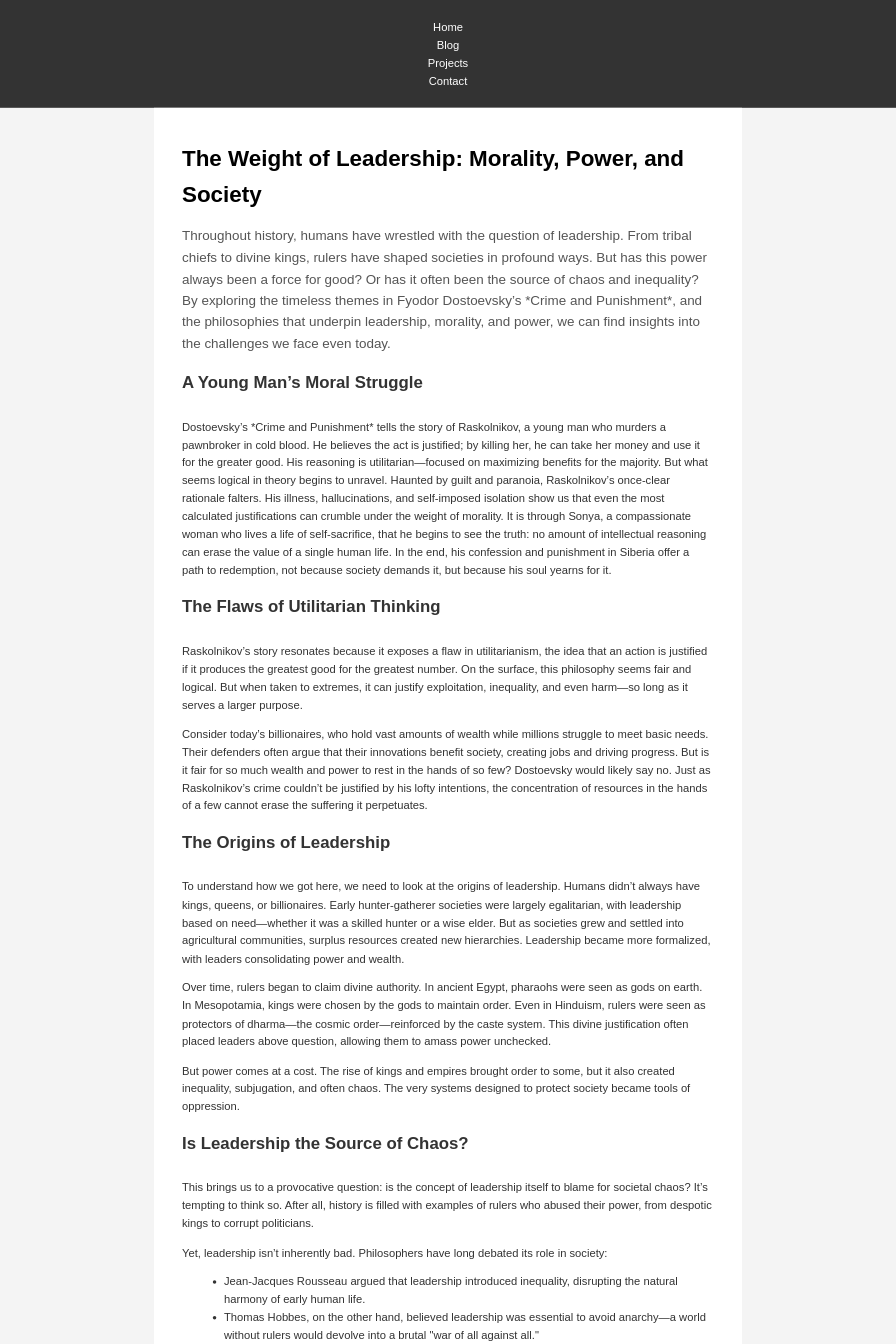
Repository: APersonalVoyage/APersonalVoyage.github.io
Page: blog_post_1.html
An editor plug-in stored every save of this project. The page is shown before and after the next save, followed by the edit.
The browser window is 1280 px wide. The pictures show the part of the page from y = 0 to 1920 px (the page is 3074 px tall before and 2966 px after), at 70% of full size.

Above is the page before, as saved 2024-11-16 22:13:00.

### blog_post_1.html
<!DOCTYPE html>
<html lang="en">
<head>
  <meta charset="UTF-8">
  <meta name="viewport" content="width=device-width, initial-scale=1.0">
  <title>The Weight of Leadership: Morality, Power, and Society</title>
  <link rel="stylesheet" href="blog_posts_css.css">
</head>
<body>
  <header class="header">
    <nav class="navbar">
      <ul class="nav-list">
        <li><a href="index.html" class="nav-link">Home</a></li>
        <li><a href="blog.html" class="nav-link">Blog</a></li>
        <li><a href="#projects" class="nav-link">Projects</a></li>
        <li><a href="#contact" class="nav-link">Contact</a></li>
      </ul>
    </nav>
  </header>

  <main class="main-content">
    <article class="blog-article">
      <header class="blog-header">
        <h1 class="blog-article-title">The Weight of Leadership: Morality, Power, and Society</h1>
        <p class="blog-article-intro">
          Throughout history, humans have wrestled with the question of leadership. From tribal chiefs to divine kings, rulers have shaped societies in profound ways. But has this power always been a force for good? Or has it often been the source of chaos and inequality? By exploring the timeless themes in Fyodor Dostoevsky’s *Crime and Punishment*, and the philosophies that underpin leadership, morality, and power, we can find insights into the challenges we face even today.
        </p>
      </header>

      <section class="blog-body">
        <h4 class="subheading">A Young Man’s Moral Struggle</h4>
        <p class="blog-article-body">
          Dostoevsky’s *Crime and Punishment* tells the story of Raskolnikov, a young man who murders a pawnbroker in cold blood. He believes the act is justified; by killing her, he can take her money and use it for the greater good. His reasoning is utilitarian—focused on maximizing benefits for the majority. But what seems logical in theory begins to unravel. Haunted by guilt and paranoia, Raskolnikov’s once-clear rationale falters. His illness, hallucinations, and self-imposed isolation show us that even the most calculated justifications can crumble under the weight of morality. It is through Sonya, a compassionate woman who lives a life of self-sacrifice, that he begins to see the truth: no amount of intellectual reasoning can erase the value of a single human life. In the end, his confession and punishment in Siberia offer a path to redemption, not because society demands it, but because his soul yearns for it.
        </p>

        <h4 class="subheading">The Flaws of Utilitarian Thinking</h4>
        <p class="blog-article-body">
          Raskolnikov’s story resonates because it exposes a flaw in utilitarianism, the idea that an action is justified if it produces the greatest good for the greatest number. On the surface, this philosophy seems fair and logical. But when taken to extremes, it can justify exploitation, inequality, and even harm—so long as it serves a larger purpose.
        </p>
        <p class="blog-article-body">
          Consider today’s billionaires, who hold vast amounts of wealth while millions struggle to meet basic needs. Their defenders often argue that their innovations benefit society, creating jobs and driving progress. But is it fair for so much wealth and power to rest in the hands of so few? Dostoevsky would likely say no. Just as Raskolnikov’s crime couldn’t be justified by his lofty intentions, the concentration of resources in the hands of a few cannot erase the suffering it perpetuates.
        </p>

        <h4 class="subheading">The Origins of Leadership</h4>
        <p class="blog-article-body">
          To understand how we got here, we need to look at the origins of leadership. Humans didn’t always have kings, queens, or billionaires. Early hunter-gatherer societies were largely egalitarian, with leadership based on need—whether it was a skilled hunter or a wise elder. But as societies grew and settled into agricultural communities, surplus resources created new hierarchies. Leadership became more formalized, with leaders consolidating power and wealth.
        </p>
        <p class="blog-article-body">
          Over time, rulers began to claim divine authority. In ancient Egypt, pharaohs were seen as gods on earth. In Mesopotamia, kings were chosen by the gods to maintain order. Even in Hinduism, rulers were seen as protectors of dharma—the cosmic order—reinforced by the caste system. This divine justification often placed leaders above question, allowing them to amass power unchecked.
        </p>
        <p class="blog-article-body">
          But power comes at a cost. The rise of kings and empires brought order to some, but it also created inequality, subjugation, and often chaos. The very systems designed to protect society became tools of oppression.
        </p>

        <h4 class="subheading">Is Leadership the Source of Chaos?</h4>
        <p class="blog-article-body">
          This brings us to a provocative question: is the concept of leadership itself to blame for societal chaos? It’s tempting to think so. After all, history is filled with examples of rulers who abused their power, from despotic kings to corrupt politicians.
        </p>
        <p class="blog-article-body">
          Yet, leadership isn’t inherently bad. Philosophers have long debated its role in society:
        </p>
        <ul class="philosophers-list">
          <li>Jean-Jacques Rousseau argued that leadership introduced inequality, disrupting the natural harmony of early human life.</li>
          <li>Thomas Hobbes, on the other hand, believed leadership was essential to avoid anarchy—a world without rulers would devolve into a brutal "war of all against all."</li>
        </ul>
        <p class="blog-article-body">
          The truth likely lies somewhere in between. Leadership can bring order and stability, but it can also create systems of inequality and oppression. It’s not leadership itself that causes chaos, but how power is distributed, used, and challenged.
        </p>

        <h4 class="subheading">Lessons from Philosophy and Religion</h4>
        <p class="blog-article-body">
          Both philosophy and religion offer lessons on leadership’s dual nature. Dostoevsky’s critique of utilitarianism reminds us that morality can’t be reduced to numbers or outcomes. Leadership must be grounded in justice, compassion, and respect for every individual’s worth.
        </p>
        <p class="blog-article-body">
          Religious traditions, including Hinduism, emphasize the responsibility of leaders to uphold dharma and protect their people. But these systems also show us the dangers of unchecked power. The caste system, for example, may have aimed to maintain order but often perpetuated inequality. The challenge is to strike a balance: to create systems where leadership serves the collective good without sacrificing the dignity of the individual.
        </p>

        <h4 class="subheading">Connecting the Dots</h4>
        <p class="blog-article-body">
          From Raskolnikov’s moral crisis to the evolution of kingship, a clear thread emerges: leadership and morality are inseparable. Whether it’s a 19th-century Russian student or a modern billionaire, the same questions persist:
        </p>
        <ul class="reflection-questions">
          <li>What justifies power?</li>
          <li>How should leaders act?</li>
          <li>What does a just society look like?</li>
        </ul>
        <p class="blog-article-body">
          Dostoevsky’s work, historical evidence, and philosophical debates remind us that leadership should never come at the expense of humanity. True progress begins with self-awareness, compassion, and a commitment to justice.
        </p>

        <h4 class="subheading">A Call to Reflect</h4>
        <p class="blog-article-body">
          As individuals, we must question the systems around us. Are our leaders serving us, or are we serving them? Are we justifying harm in the name of progress? By engaging with history, philosophy, and literature, we can better understand these questions—and perhaps move closer to a world where leadership uplifts rather than divides.
        </p>
        <p class="blog-article-body">
          Let’s not lose sight of Dostoevsky’s ultimate lesson: redemption is possible, but it begins with recognizing our shared humanity.
        </p>
      </section>
    </article>
  </main>

  <footer class="footer">
    <p>&copy; 2024 Abhishek Karkola. All rights reserved.</p>
  </footer>
</body>
</html>

### blog_posts_css.css
body {
  font-family: Arial, sans-serif;
  line-height: 1.6;
  margin: 0;
  padding: 0;
  background-color: #f4f4f4;
}

.header {
  background: #333;
  color: white;
  padding: 10px 0;
  text-align: center;
}

.navbar .nav-list {
  list-style: none;
  padding: 0;
}

.navbar .nav-link {
  color: white;
  text-decoration: none;
  padding: 10px 20px;
}

.main-content {
  padding: 20px;
  max-width: 800px;
  margin: 0 auto;
  background: white;
}

.blog-article {
  margin: 20px;
}

.blog-article-title {
  font-size: 2rem;
  font-weight: bold;
  margin-bottom: 10px;
}

.blog-article-intro {
  font-size: 1.2rem;
  color: #555;
}

.blog-body {
  font-size: 1rem;
  color: #333;
  margin-top: 20px;
}

.subheading {
  font-size: 1.5rem;
  margin-top: 20px;
}

.philosophers-list,
.reflection-questions {
  margin-left: 20px;
}

.footer {
  text-align: center;
  background: #333;
  color: white;
  padding: 10px;
  margin-top: 20px;
}

After the next save:
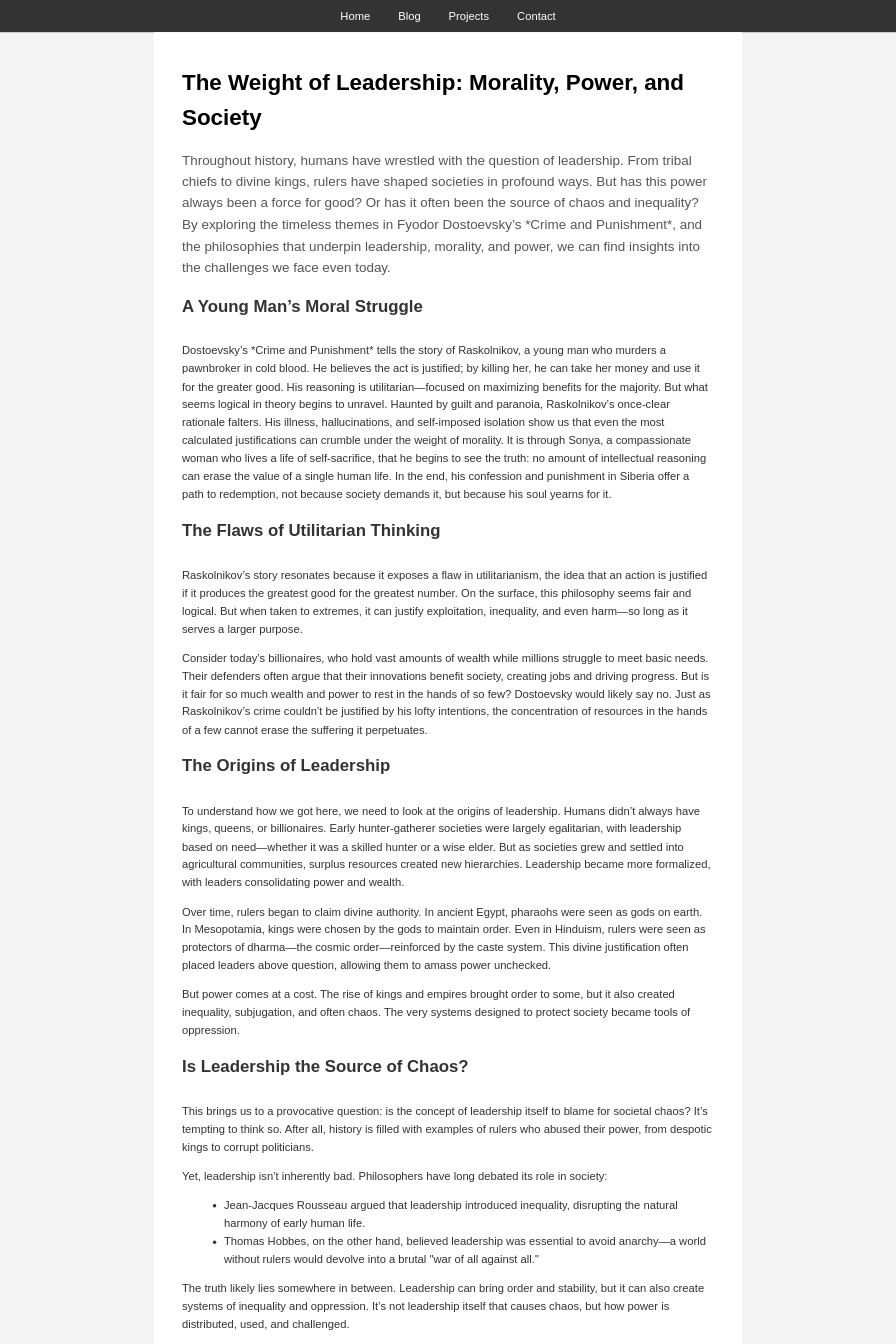
Saved 4 min 20 s later.
--- a/blog_posts_css.css
+++ b/blog_posts_css.css
@@ -10,18 +10,29 @@ body {
   background: #333;
   color: white;
   padding: 10px 0;
-  text-align: center;
+}
+
+.navbar {
+  display: flex;
+  justify-content: center; /* Centers the navigation items */
+  align-items: center;
 }
 
 .navbar .nav-list {
   list-style: none;
+  display: flex; /* Aligns items horizontally */
   padding: 0;
+  margin: 0;
 }
 
 .navbar .nav-link {
   color: white;
   text-decoration: none;
   padding: 10px 20px;
+}
+
+.navbar .nav-link:hover {
+  color: #ff9900; /* Highlight on hover */
 }
 
 .main-content {
